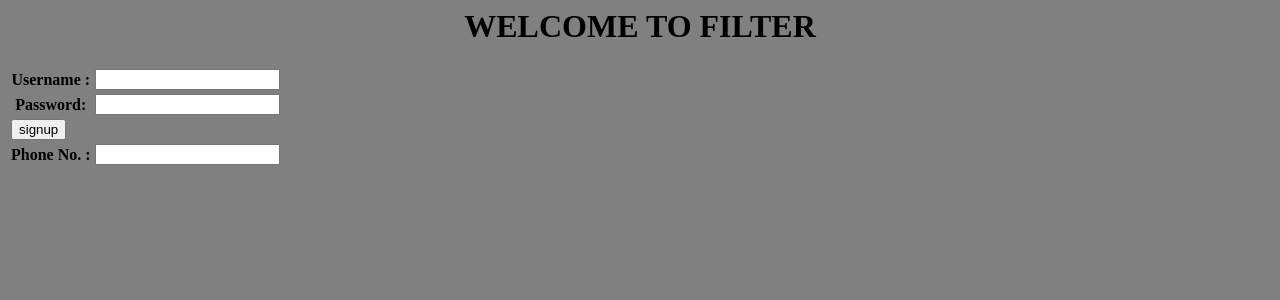
Repository: talkgunish/JAVA-WORLD
Page: advance_java/my_eclipse_java_proj/cookie_session/Filter/WebContent/signup.html
The author's editor kept a copy of each file at every save. The page is drawn from the files as they stood at one save, then again after the next save.
The browser window is 1280 px wide. The pictures show the whole page.

Above is the page before, as saved 2018-06-20 11:56:19.

After the next save:
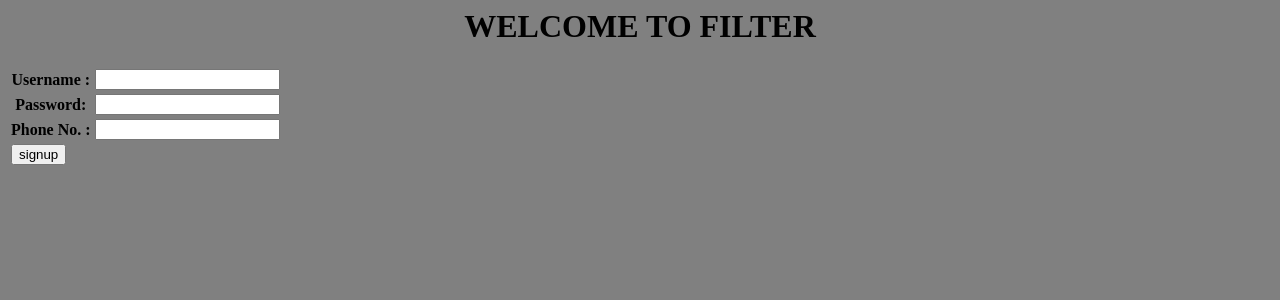
Saved 31 s later.
--- a/advance_java/my_eclipse_java_proj/cookie_session/Filter/WebContent/signup.html
+++ b/advance_java/my_eclipse_java_proj/cookie_session/Filter/WebContent/signup.html
@@ -13,9 +13,9 @@
 <td> <input type="text" name="username"></td></tr>
 <tr><th>Password: </th>
 <td><input type="password" name='password'></td></tr>
-<tr><td><input type="submit" value="signup"></td></tr>
 <tr><th>Phone No. : </th>
 <td><input type="text" name="phone"></td></tr>
+<tr><td><input type="submit" value="signup"></td></tr>
 </table>
 </form>
 </body>
